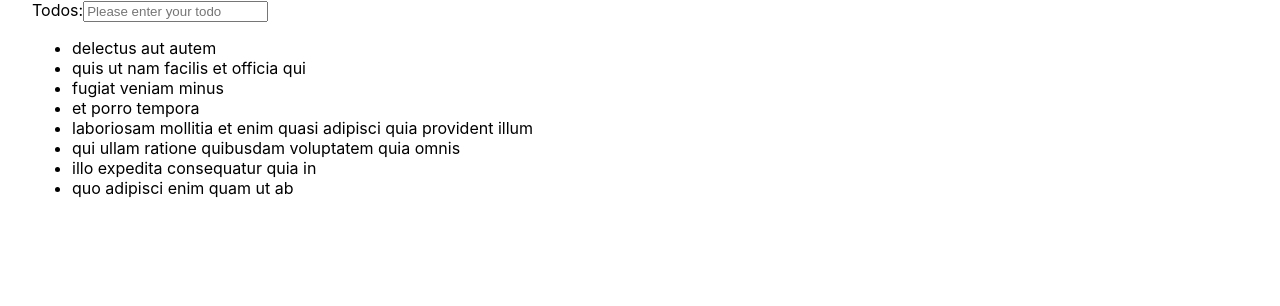
Repository: vhoreho/react
Page: / (app in myapp/)
An editor plug-in stored every save of this project. The page is shown before and after the next save, followed by the edit.
The browser window is 1280 px wide. The pictures show the whole page.
The project was rebuilt for these pictures with package versions that can differ from the ones it lists, and the page was loaded fresh each time.

Above is the page before, as saved 2022-08-08 21:29:30.

After the next save:
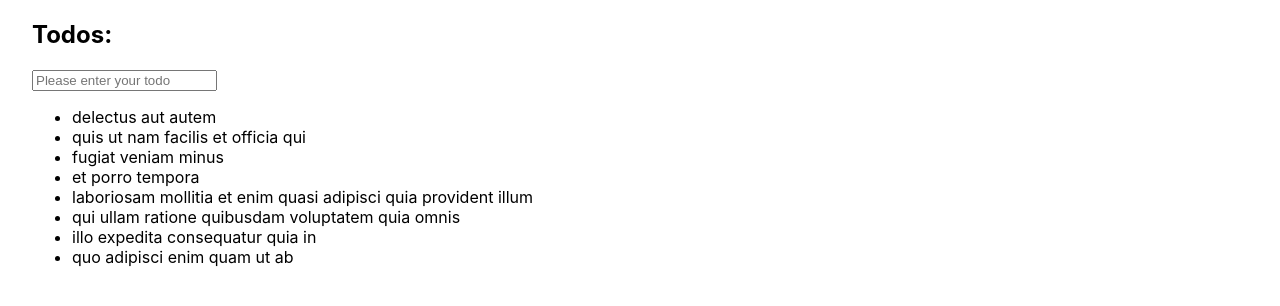
Saved 12 s later.
--- a/myapp/src/components/Todos.js
+++ b/myapp/src/components/Todos.js
@@ -8,7 +8,7 @@
 
     return (
         <div>
-            Todos:
+            <h2>Todos:</h2>
             <Input />
             <ul>
                 {todos.map(todo => <TodoItem key={todo.id} {...todo} />)}
